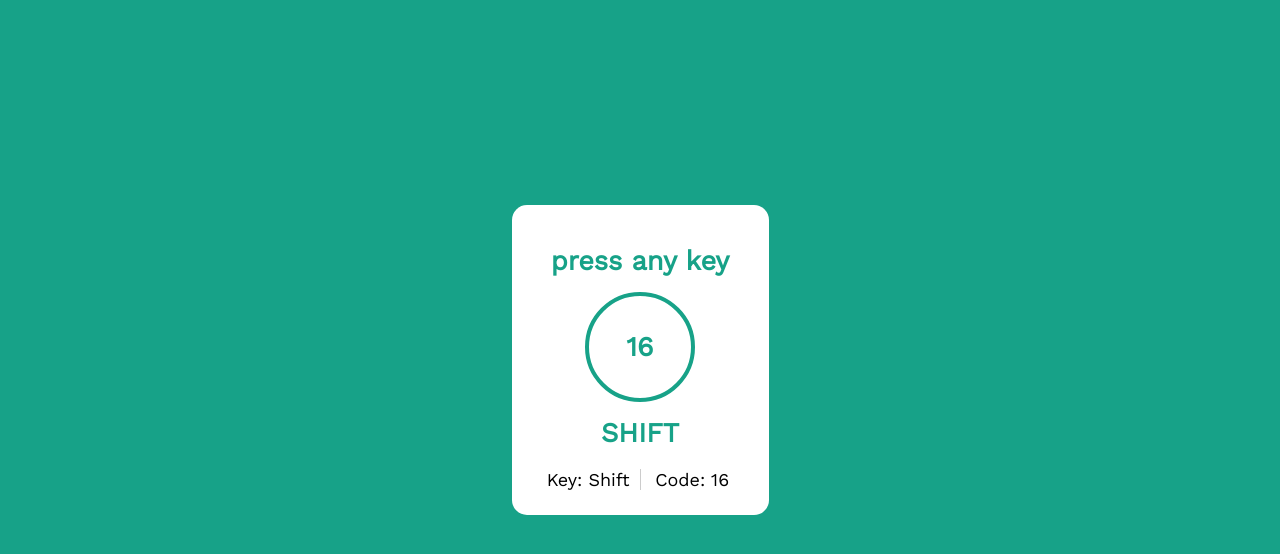
Repository: youssef168/Key-Detection
Page: index.htm
These files come from the project's save history. The page is drawn as it stood at one moment and after the next save; the edit follows.
The browser window is 1280 px wide. The pictures show the whole page.

Above is the page before, as saved 2021-12-17 13:21:50.

### index.htm
<!DOCTYPE html>
<html lang="en">
<head>
    <meta charset="UTF-8">
    <meta http-equiv="X-UA-Compatible" content="IE=edge">
    <meta name="viewport" content="width=device-width, initial-scale=1.0">
    <link rel="stylesheet" href="./style.css">
    <title>Key Detection</title>
</head>
<body>
    <div class="box">
        <p class="text">press any key</p>
        <div class="content">
            <div class="key-code">16</div>
            <div class="key-name">shift</div>
            <div class="details">
                <p class="key">Key: <span>Shift</span></p>
                <p class="code">Code: <span>16</span></p>
            </div>
        </div>
    </div>

    <script src="./script.js"></script>
</body>
</html>

### style.css
@import url("https://fonts.googleapis.com/css2?family=Work+Sans:ital,wght@0,300;0,400;1,400;1,500&display=swap");

* {
  font-family: "Work Sans", sans-serif;
  box-sizing: border-box;
  padding: 0;
  margin: 0;
}

ul li {
  list-style: none;
}

body {
    display: flex;
    justify-content: center;
    align-items: center;
    min-height: 100vh;
    margin: auto;
    background-color: #17A288;
}

.box {
    background: #fff;
    padding: 25px;
    width: 257px;
    border-radius: 15px;
}

.content, .key-code, .details {
    display: flex;
    align-items: center;
    justify-content: center;
}

.box .content {
    flex-direction: column;
}
.key-code {
    border: 4px solid #17A288;
    border-radius: 50%;
    width: 110px;
    height: 110px;
    font-size: 27px;
}

.text ,.key-code, .key-name {
    font-size: 27px;
    font-weight:bold;
    color: #17A288;
    margin-top: 15px;
}

.text {
    text-align: center;
}

.key-name {
    text-transform: uppercase;
}

.details {
    width: 100%;
    justify-content: space-between;
    margin-top: 20px;
}

.details p {
    font-size: 18px;
    width: 100%;
    text-align: center;
}

.details p:last-child {
    border-left: 1px solid #ccc;
}

Loaded but not shown: script.js (no stored copy; drawn as an empty file)

After the next save:
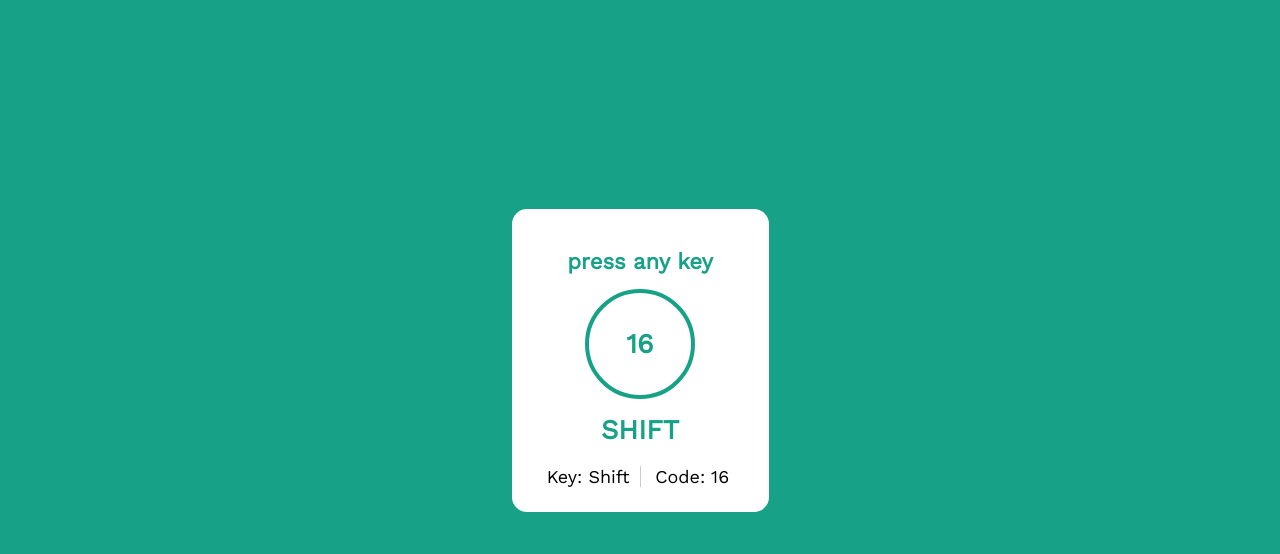
Saved 40 s later.
--- a/style.css
+++ b/style.css
@@ -53,6 +53,7 @@ body {
 
 .text {
     text-align: center;
+    font-size: 22px;
 }
 
 .key-name {
